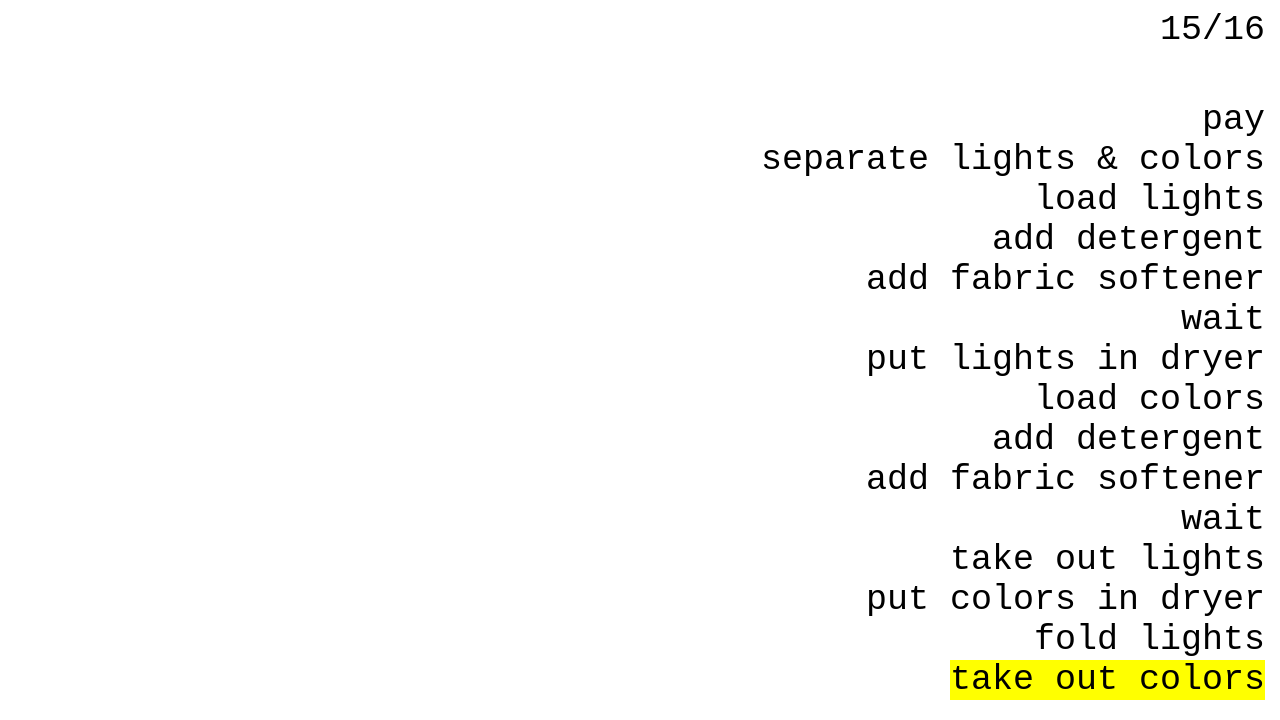
Repository: ortik455/ortik455.github.io
Page: studio/laundrysite/fifteen.html
The author's editor kept a record of every edit. The page is drawn from the files as they stood at one moment, then again after the next edit.
The browser window is 1280 px wide. The pictures show the whole page.

Above is the page before.

### studio/laundrysite/fifteen.html
<!DOCTYPE html>
<html>
	<head>
	    <link href='http://fonts.googleapis.com/css?family=Inconsolata' rel='stylesheet' type='text/css'>
		<link rel="icon" href="../../studio/favicon.png" sizes="16x16 32x32" type="image/png">
		<link href="laundry.css" rel="stylesheet" type="text/css">
		<title>15/16</title>
	</head>

	<body>
<!--class to call out all the text and use id="" to call out
individual things but dont use ids... -->
	  <div class="text">
		<div class="number">
	  		15/16
	  	</div>
		<div class="steps">
		  	pay
		  	<br>
		  	separate lights &amp; colors
		  	<br>
		  	load lights
		  	<br>
		  	add detergent
		  	<br>
		  	add fabric softener
		  	<br>
		  	wait
		  	<br>
		  	put lights in dryer
		  	<br>
		  	load colors
		  	<br>
		  	add detergent
		  	<br>
		  	add fabric softener
		  	<br>
		  	wait
		  	<br>
		  	take out lights
		  	<br>
		  	put colors in dryer
		  	<br>
		  	fold lights
		  	<br>
		  	<mark>take out colors</mark>
		</div>
	  </div>

	</body>
</html>

### studio/laundrysite/laundry.css
*, *:before, *:after {
    -webkit-box-sizing: border-box;
       -moz-box-sizing: border-box;
            box-sizing: border-box;

}
.timerbox {
    background: #000000;
    float: left;
    width: 50%;
    height: 900px;
}
.timer {
    position: absolute;
    background: #000000;
    color: #ffffff;
    top: 50%;
    left: 275px;
    font-size: 60px;
}
.timer2 {
    position: absolute;
    background: #000000;
    color: #ffffff;
    top: 50%;
    left: 275px;
    font-size: 60px;
}

body{
	background: #FFFFFF;
	font-size: 0px;
	margin: 0;
	font-family: Courier New, sans-serif;
	height: 100%;
}
.start{
    background-color: #000000;
    font-size: 50px;
    letter-spacing: 6px;
    position: absolute;
    bottom: 50%;
    margin-left: 20px;
}
.mark {
    background-color: #000000;
    color: #FFFFFF;
}
.text {
	font-size: 35px;
    width: 50%;
    height: 715px;
    float: left;
}
.photos {
    width: 50%;
    height: 100%;
    float: left;
    overflow: hidden;
}
.number {
   font-size: 35px;
   position: fixed;
   top: 0px;
   right: 0px;
   padding: 10px 15px 20px 5px;
}
.steps {
   font-size: 35px;
   text-align: right;
   position: fixed;
   bottom: 0px;
   right: 0px;
   padding: 10px 15px 20px 5px;

}
a:link {
    text-decoration:none;
    color: #000000;
    }
a:visited {
    color: #000000;
}
.photos:hover img {
    transform: scale(1.1);
}
.photos img {
    transition: transform 2s ease;
}

After the next edit:
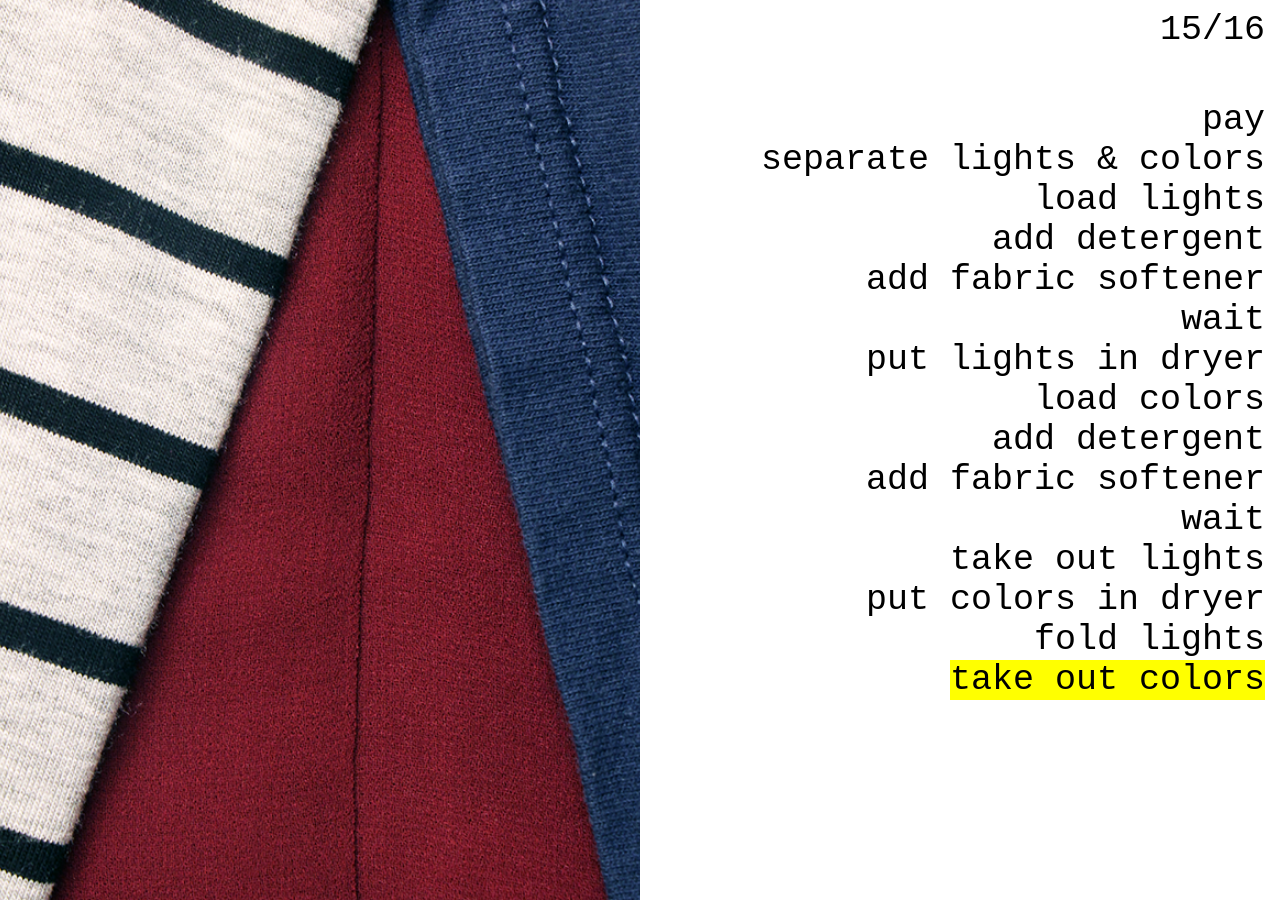
The edit:
--- a/studio/laundrysite/fifteen.html
+++ b/studio/laundrysite/fifteen.html
@@ -8,8 +8,10 @@
 	</head>
 
 	<body>
-<!--class to call out all the text and use id="" to call out
-individual things but dont use ids... -->
+
+	  <div class="photos">
+	  	<a href="sixteen.html"><img src="photos/unloadcolor2.png"  alt=""></a>
+	  </div>
 	  <div class="text">
 		<div class="number">
 	  		15/16
